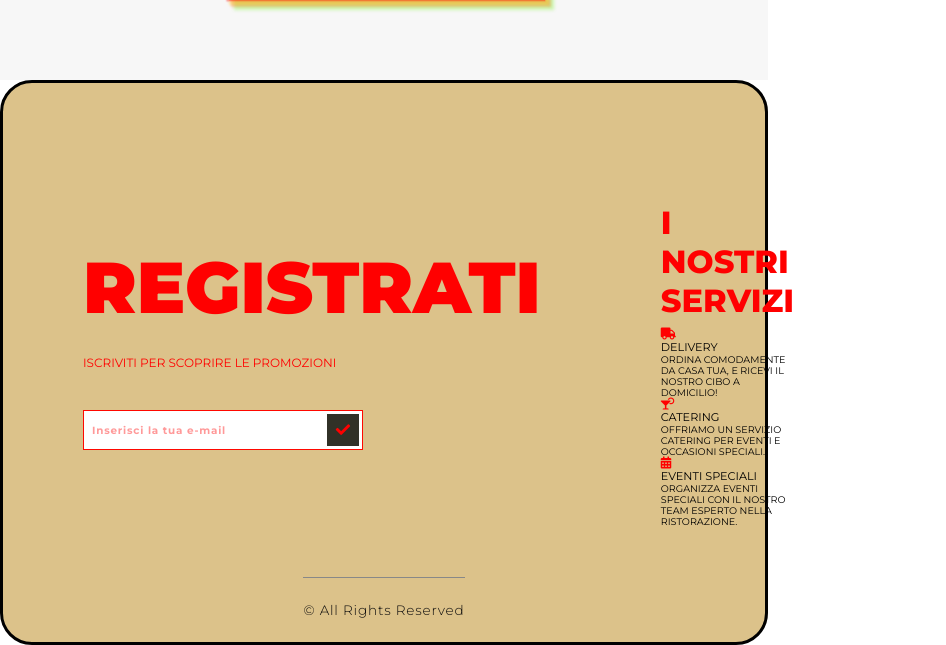
Repository: Probyte5D/ResponsiveFoodWebsite
Page: index.html
These files come from the project's save history. The page is drawn as it stood at one moment and after the next save; the edit follows.
The browser window is 768 px wide. The page is 938 px wide, then 946 px, so the pictures cover 946 px, including what lies to the right of the window. The pictures show the part of the page from y = 3505 to 4158 px (the page is 4150 px tall before and 4158 px after).
Backgrounds fixed to the window are drawn as part of the page. Some web fonts or font styles are not loaded; a fallback is used.

Above is the page before, as saved 2025-04-06 20:00:01.

After the next save:
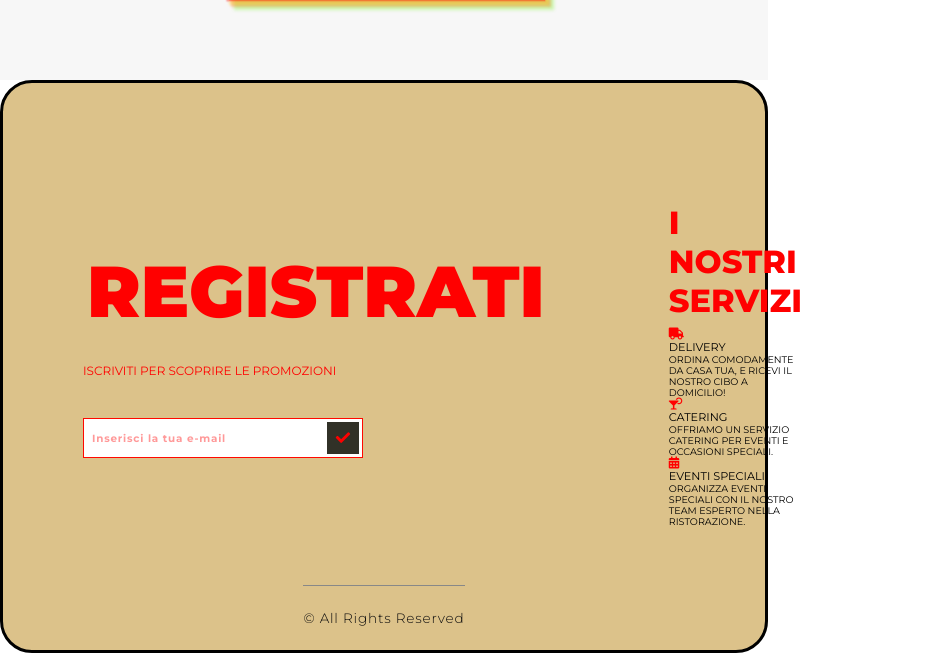
Saved 18 s later.
--- a/style.css
+++ b/style.css
@@ -596,6 +596,7 @@ padding-left: 2rem;
 
   .section-4-heading{
     font-size: 9rem;
+    margin:0.5rem;
   }
   .section-2 {
     height: auto;
